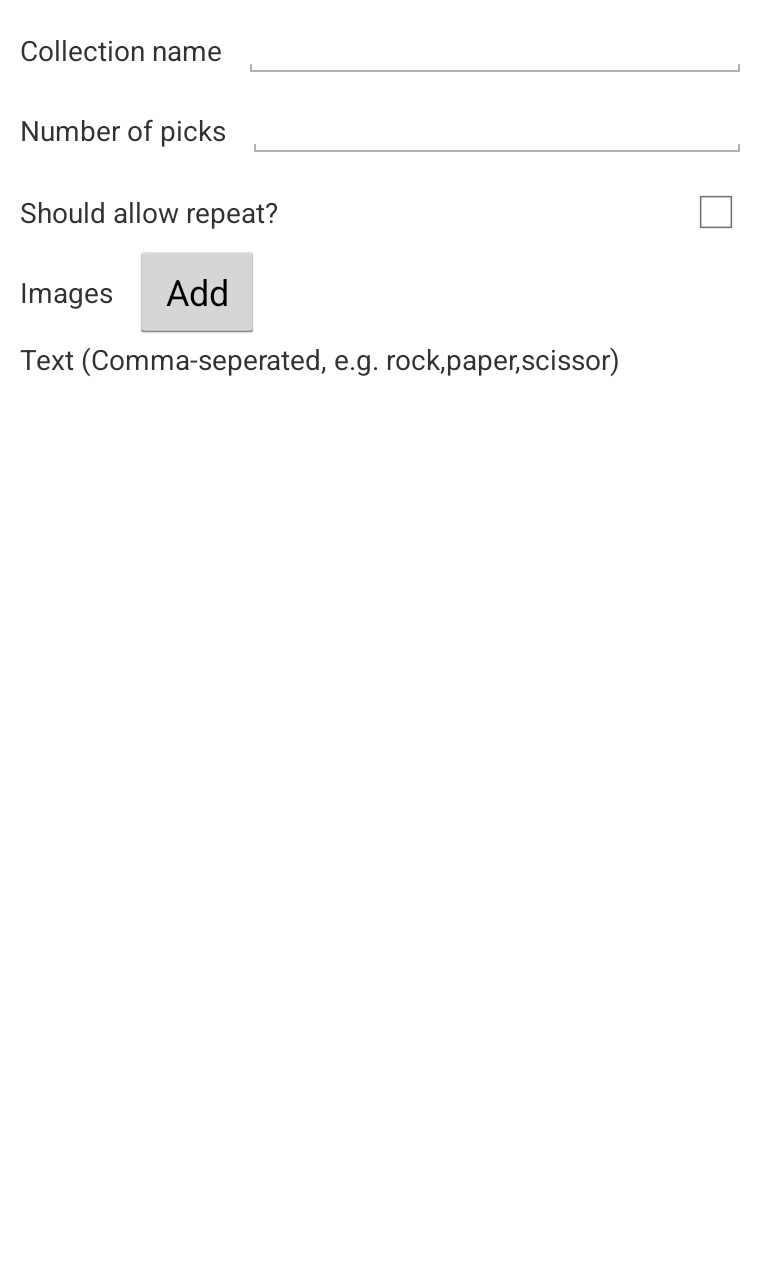
Repository: nqmtuan/RandomRandomizerAndroid
Layout: Workspace/RandomRandomizer/res/layout/create_edit_random_collection.xml
These files come from the project's save history. The layout is drawn as it stood at one moment and after the next save; the edit follows.
It is drawn on a 768 x 1280 px phone screen (xhdpi) without system bars, with theme AppTheme; the app's code is not run.

Above is the layout before, as saved 2013-07-30 15:03:56.

### Workspace/RandomRandomizer/res/layout/create_edit_random_collection.xml
<?xml version="1.0" encoding="utf-8"?>
<RelativeLayout xmlns:android="http://schemas.android.com/apk/res/android"
    android:layout_width="match_parent"
    android:layout_height="match_parent" >

    <ScrollView
        android:id="@+id/create_random_collection_scroll_view"
        android:layout_width="match_parent"
        android:layout_height="match_parent" >

        <RelativeLayout
            android:id="@+id/create_random_collection_main_container"
            android:layout_width="match_parent"
            android:layout_height="wrap_content"
            android:layout_marginLeft="10dp" >

            <RelativeLayout
                android:id="@+id/create_random_collection_info_container"
                android:layout_width="match_parent"
                android:layout_height="wrap_content" >

                <RelativeLayout
                    android:id="@+id/create_random_collection_name_container"
                    android:layout_width="match_parent"
                    android:layout_height="wrap_content"
                    android:layout_marginTop="10dp" >

                    <TextView
                        android:id="@+id/create_random_collection_name_text_view"
                        android:layout_width="wrap_content"
                        android:layout_height="wrap_content"
                        android:layout_centerVertical="true"
                        android:text="@string/random_collection_name_label" />

                    <EditText
                        android:id="@+id/create_random_collection_name_edit_text"
                        android:layout_width="fill_parent"
                        android:layout_height="30dp"
                        android:layout_marginLeft="10dp"
                        android:layout_marginRight="10dp"
                        android:layout_toRightOf="@+id/create_random_collection_name_text_view" />
                </RelativeLayout>

                <RelativeLayout
                    android:id="@+id/create_random_collection_nselection_container"
                    android:layout_width="match_parent"
                    android:layout_height="wrap_content"
                    android:layout_below="@+id/create_random_collection_name_container"
                    android:layout_marginTop="10dp" >

                    <TextView
                        android:id="@+id/create_random_collection_nselection_text_view"
                        android:layout_width="wrap_content"
                        android:layout_height="wrap_content"
                        android:layout_centerVertical="true"
                        android:text="@string/random_collection_nselection_label" />

                    <EditText
                        android:id="@+id/create_random_collection_nselection_edit_text"
                        android:layout_width="fill_parent"
                        android:layout_height="30dp"
                        android:layout_marginLeft="10dp"
                        android:layout_marginRight="10dp"
                        android:layout_toRightOf="@+id/create_random_collection_nselection_text_view"
                        android:inputType="number" />
                </RelativeLayout>

                <RelativeLayout
                    android:id="@+id/create_random_collection_should_allow_repeat_container"
                    android:layout_width="match_parent"
                    android:layout_height="wrap_content"
                    android:layout_below="@+id/create_random_collection_nselection_container"
                    android:layout_marginTop="10dp" >

                    <TextView
                        android:id="@+id/create_random_collection_should_allow_repeat_text_view"
                        android:layout_width="wrap_content"
                        android:layout_height="wrap_content"
                        android:layout_centerVertical="true"
                        android:text="@string/random_collection_should_allow_repeat_label" />

                    <CheckBox
                        android:id="@+id/create_random_collection_should_allow_repeat_check_box"
                        android:layout_width="wrap_content"
                        android:layout_height="wrap_content"
                        android:layout_alignParentRight="true"
                        android:layout_marginRight="10dp" />
                </RelativeLayout>
            </RelativeLayout>

            <RelativeLayout
                android:id="@+id/create_random_collection_image_container"
                android:layout_width="match_parent"
                android:layout_height="match_parent"
                android:layout_below="@+id/create_random_collection_info_container" >

                <RelativeLayout
                    android:id="@+id/create_random_collection_image_container_line1"
                    android:layout_width="match_parent"
                    android:layout_height="wrap_content" >

                    <TextView
                        android:id="@+id/create_random_collection_image_label"
                        android:layout_width="wrap_content"
                        android:layout_height="wrap_content"
                        android:layout_centerVertical="true"
                        android:text="@string/random_collection_images_label" />

                    <Button
                        android:id="@+id/create_random_collection_image_add_button"
                        android:layout_width="wrap_content"
                        android:layout_height="wrap_content"
                        android:layout_centerVertical="true"
                        android:layout_marginLeft="10dp"
                        android:layout_toRightOf="@+id/create_random_collection_image_label"
                        android:text="@string/random_collection_add_image_label" />
                </RelativeLayout>

                <RelativeLayout
                    android:id="@+id/create_random_collection_image_collection_container"
                    android:layout_width="match_parent"
                    android:layout_height="wrap_content"
                    android:layout_below="@+id/create_random_collection_image_container_line1"
                    >

                </RelativeLayout>
            </RelativeLayout>

            <RelativeLayout
                android:id="@+id/create_random_collection_text_container"
                android:layout_width="match_parent"
                android:layout_height="wrap_content"
                android:layout_below="@+id/create_random_collection_image_container"
                >
                <TextView
                                            android:id="@+id/create_random_collection_text_label"
                        android:layout_width="wrap_content"
                        android:layout_height="wrap_content"
                        android:text="@string/random_collection_text_label"
                    />


            </RelativeLayout>
        </RelativeLayout>
    </ScrollView>

</RelativeLayout>

### Workspace/RandomRandomizer/res/values/strings.xml
<?xml version="1.0" encoding="utf-8"?>
<resources>

    <string name="app_name">Random Randomizer</string>
    <string name="action_settings">Settings</string>
    <string name="hello_world">Hello world!</string>
    <string name="random_collection_name_label">Collection name</string>
    <string name="random_collection_nselection_label">Number of picks</string>
    <string name="random_collection_should_allow_repeat_label">Should allow repeat?</string>
    <string name="random_collection_images_label">Images</string>
    <string name="random_collection_add_image_label">Add</string>
    <string name="random_collection_text_label">Text (Comma-seperated, e.g. rock,paper,scissor)</string>

</resources>

Loaded but not shown: Workspace/RandomRandomizer/res/values/styles.xml (common file); Workspace/RandomRandomizer/res/values-v11/styles.xml (common file); Workspace/RandomRandomizer/res/values-v14/styles.xml (common file)

After the next save:
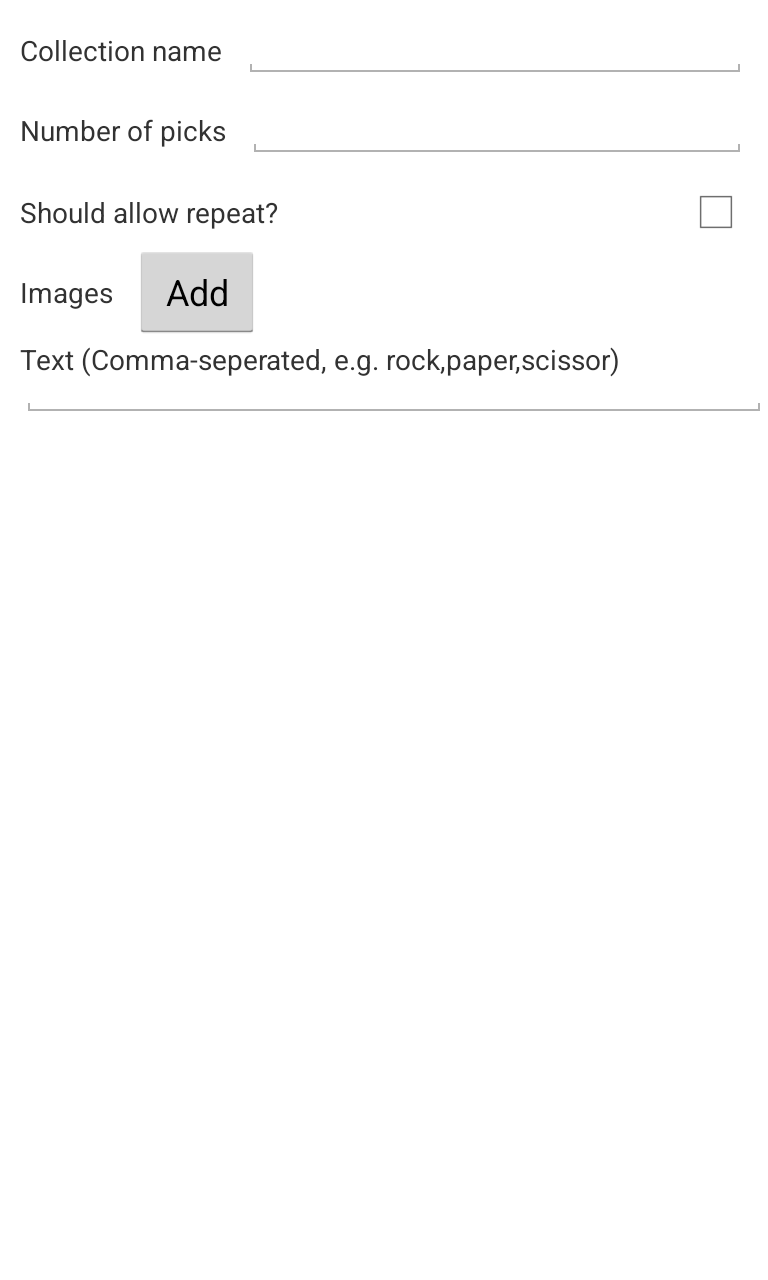
Saved 59 s later.
--- a/Workspace/RandomRandomizer/res/layout/create_edit_random_collection.xml
+++ b/Workspace/RandomRandomizer/res/layout/create_edit_random_collection.xml
@@ -120,9 +120,7 @@
                     android:id="@+id/create_random_collection_image_collection_container"
                     android:layout_width="match_parent"
                     android:layout_height="wrap_content"
-                    android:layout_below="@+id/create_random_collection_image_container_line1"
-                    >
-
+                    android:layout_below="@+id/create_random_collection_image_container_line1" >
                 </RelativeLayout>
             </RelativeLayout>
 
@@ -130,16 +128,20 @@
                 android:id="@+id/create_random_collection_text_container"
                 android:layout_width="match_parent"
                 android:layout_height="wrap_content"
-                android:layout_below="@+id/create_random_collection_image_container"
-                >
+                android:layout_below="@+id/create_random_collection_image_container" >
+
                 <TextView
-                                            android:id="@+id/create_random_collection_text_label"
-                        android:layout_width="wrap_content"
-                        android:layout_height="wrap_content"
-                        android:text="@string/random_collection_text_label"
+                    android:id="@+id/create_random_collection_text_label"
+                    android:layout_width="wrap_content"
+                    android:layout_height="wrap_content"
+                    android:text="@string/random_collection_text_label" />
+
+                <EditText
+                    android:id="@+id/create_random_collection_edit_text"
+                    android:layout_width="fill_parent"
+                    android:layout_height="wrap_content"
+
                     />
-
-
             </RelativeLayout>
         </RelativeLayout>
     </ScrollView>
